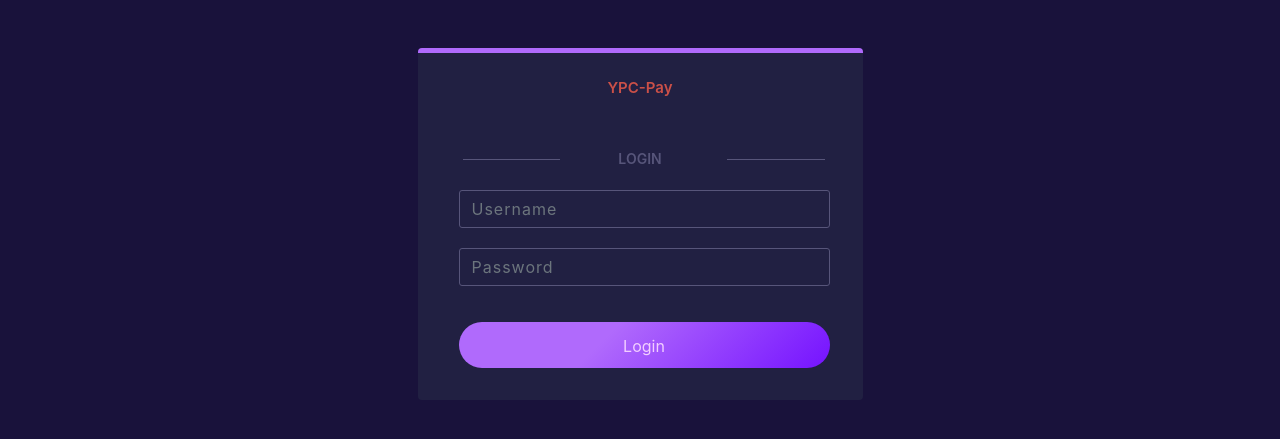
Repository: imamarin/ypcpay
Page: http://localhost/
An editor plug-in stored every save of this project. The page is shown before and after the next save, followed by the edit.
The browser window is 1280 px wide. The pictures show the whole page.
Some web libraries are served in a nearby version. The page is served by the project's Laravel application, run on PHP 8.4 with Laravel 8.

Above is the page before, as saved 2022-05-20 13:58:02.
Console error: TypeError: Cannot read properties of undefined (reading 'fn')

After the next save:
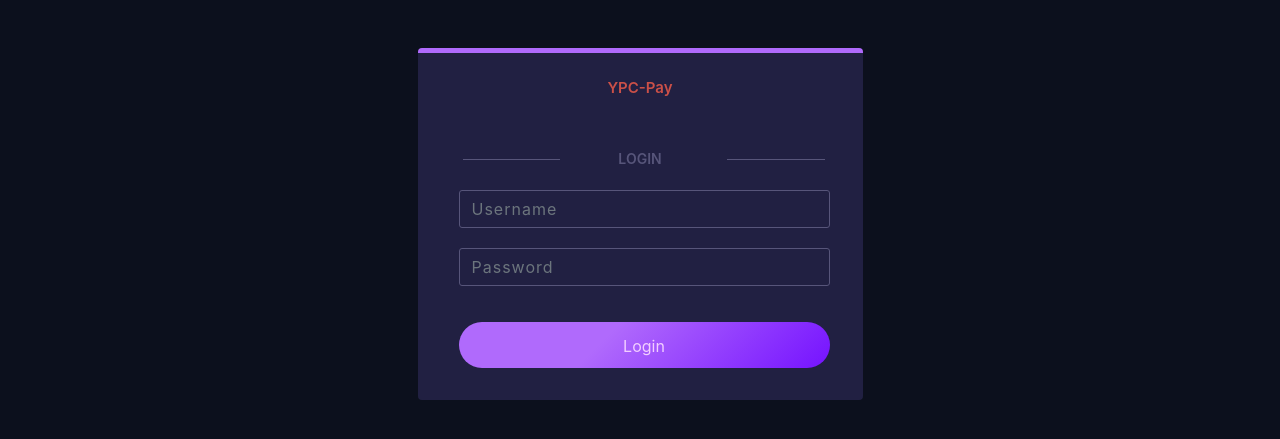
Saved 34 s later.
--- a/resources/views/login.blade.php
+++ b/resources/views/login.blade.php
@@ -14,7 +14,7 @@
 
         <style>
             body{
-                background-color: #19123B;
+                background-color: #0c101d;
             }
             .card{
                 border: none;
